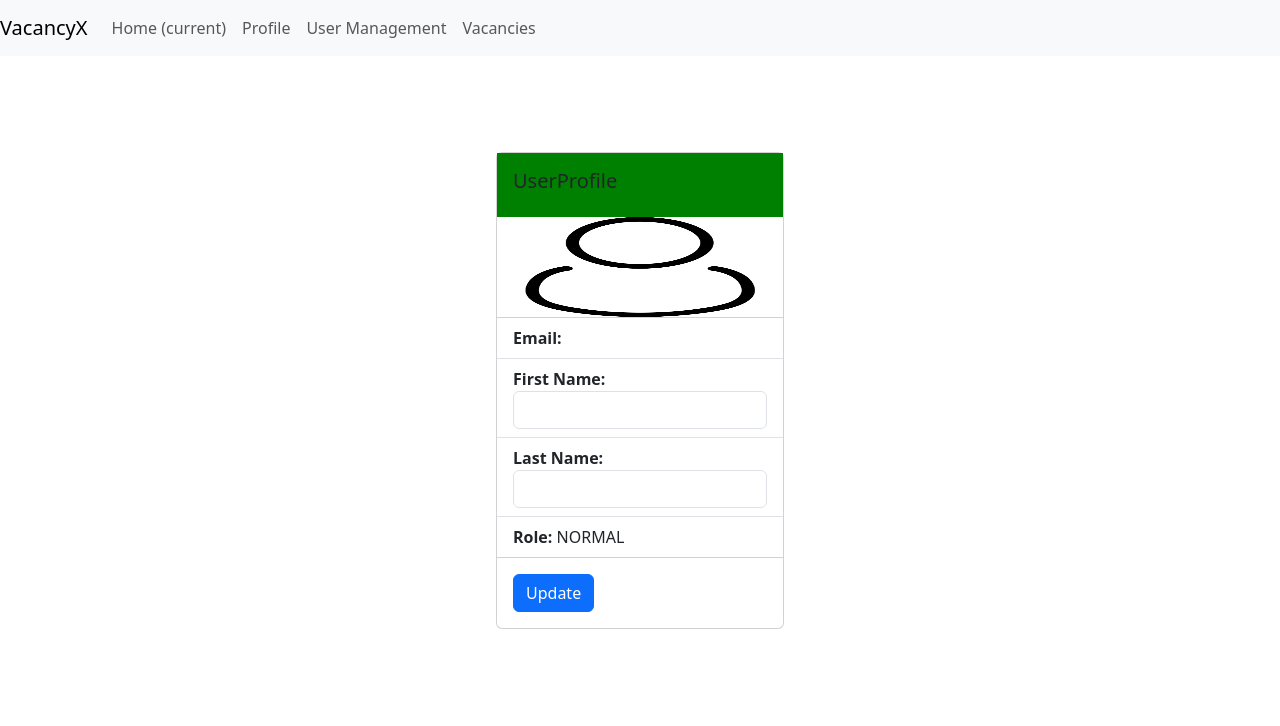
Repository: zipArk99/Vacancy-portal-serv
Page: http://localhost/VacancyPortal/updateuserdetail_page.jsp
These files come from the project's save history. The page is drawn as it stood at one moment and after the next save; the edit follows.
The browser window is 1280 px wide. The pictures show the whole page.
The page is served by Tomcat 9. Other server files are loaded and not shown. The template is opened directly, without the code that normally fills it, so the values that code supplies are empty.

Above is the page before, as saved 2024-08-21 05:21:11.

### VacancyPortal/src/main/webapp/updateuserdetail_page.jsp
<%@ page language="java" contentType="text/html; charset=UTF-8"
    pageEncoding="UTF-8"%>
    <%@ taglib prefix="c" uri="http://java.sun.com/jsp/jstl/core" %>
<!DOCTYPE html>
<html>
<head>
<meta charset="UTF-8">
<title>Update User</title>
<style>
body, html {
	height: 90%;
	margin: 0;
}

.container {
	display: flex;
	justify-content: center;
	align-items: center;
	height: 93vh; /* Full viewport height */
}
</style>
</head>
<body>
<body>
<%@ include file="header.jsp" %>
<form action="/VacancyPortal/user" method="PUT">
	<div class="container">
		<div class="card" style="width: 18rem;">
		<div class="card-body" style="background-color:green;">
				<h5 class="card-title">UserProfile</h5>
			</div>
			<img src="user.png" class="card-img-top" alt="..." height="100px" width="20px" draggable="true">

			<ul class="list-group list-group-flush">
				<li class="list-group-item"><b>Email:</b> <c:out value="${param.email}"></c:out> </li>

				<li class="list-group-item"><b>First Name:</b> <input type="text"
					name="fname" class="form-control" id="fnameId"
					value="${param.fname}" aria-describedby="emailHelp"></li>


				<li class="list-group-item"><b>Last Name:</b> <input type="text"
					name="fname" class="form-control" id="fnameId"
					value="${param.lname}" aria-describedby="emailHelp"></li>


				<li class="list-group-item"><b>Role:</b><c:choose>
				<c:when test="${requestScope.role==1}">
				<c:out value="ADMIN"></c:out>
				 </c:when>
				<c:otherwise>
				<c:out value="NORMAL"></c:out>
				</c:otherwise>
				</c:choose> </li>
			</ul>
			<div class="card-body">
				<input type="submit"class="btn btn-primary" value="Update">
			</div>
		</div>
	</div>
	</form>
</body>
</html>

### VacancyPortal/src/main/webapp/header.jsp
<%@ page language="java" contentType="text/html; charset=UTF-8"
    pageEncoding="UTF-8"%>
<!DOCTYPE html>
<html>
  <head>
    <meta charset="utf-8">
    <meta name="viewport" content="width=device-width, initial-scale=1">
    <title>Bootstrap demo</title>
    <link href="https://cdn.jsdelivr.net/npm/bootstrap@5.3.3/dist/css/bootstrap.min.css" rel="stylesheet" integrity="sha384-QWTKZyjpPEjISv5WaRU9OFeRpok6YctnYmDr5pNlyT2bRjXh0JMhjY6hW+ALEwIH" crossorigin="anonymous">
  </head>
<body>

<nav class="navbar navbar-expand-lg navbar-light bg-light">
  <a class="navbar-brand" href="#">VacancyX</a>
  <button class="navbar-toggler" type="button" data-toggle="collapse" data-target="#navbarText" aria-controls="navbarText" aria-expanded="false" aria-label="Toggle navigation">
    <span class="navbar-toggler-icon"></span>
  </button>
  <div class="collapse navbar-collapse" id="navbarText">
    <ul class="navbar-nav mr-auto">
      <li class="nav-item active">
        <a class="nav-link" href="#">Home <span class="sr-only">(current)</span></a>
      </li>
      <li class="nav-item">
        <a class="nav-link" href="/VacancyPortal/portal/userprofile">Profile</a>
      </li>
      <li class="nav-item">
        <a class="nav-link" href="#">User Management</a>
      </li>
        <li class="nav-item">
        <a class="nav-link" href="#">Vacancies</a>
      </li>
    </ul>

  </div>
</nav>
</body>
</html>

After the next save:
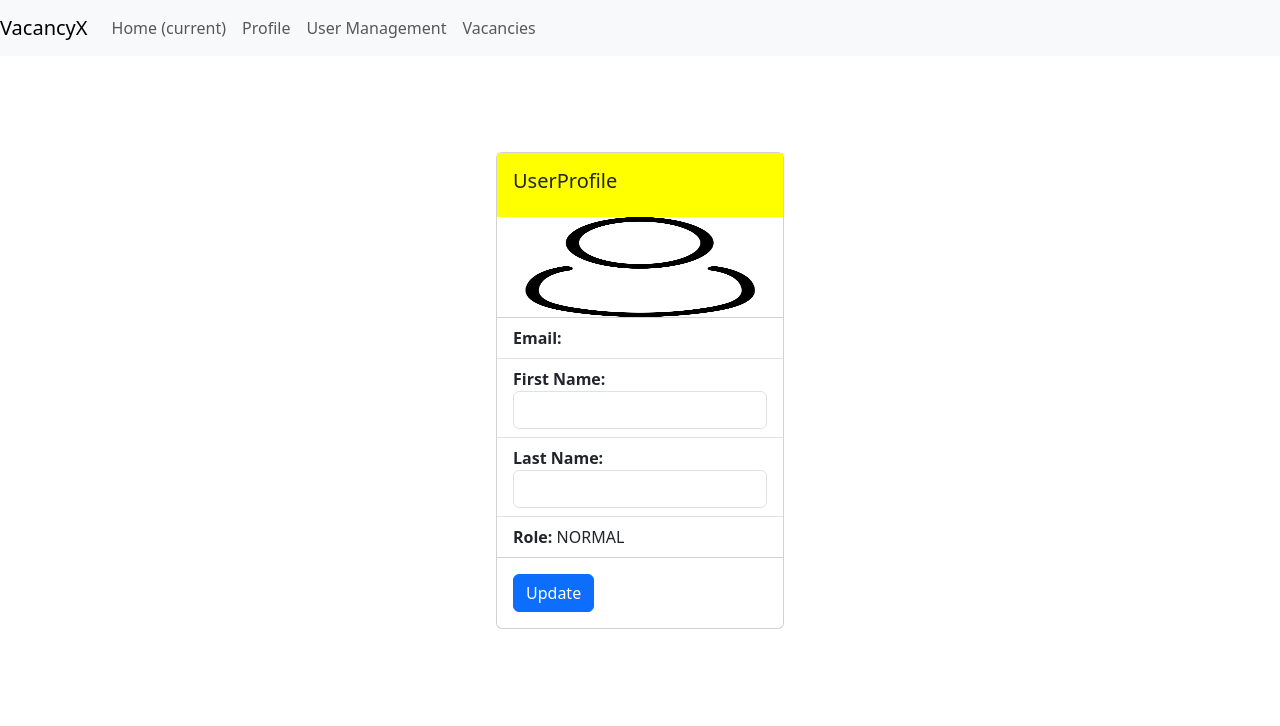
Saved 10 s later.
--- a/VacancyPortal/src/main/webapp/updateuserdetail_page.jsp
+++ b/VacancyPortal/src/main/webapp/updateuserdetail_page.jsp
@@ -26,7 +26,7 @@
 <form action="/VacancyPortal/user" method="PUT">
 	<div class="container">
 		<div class="card" style="width: 18rem;">
-		<div class="card-body" style="background-color:green;">
+		<div class="card-body" style="background-color:yellow;">
 				<h5 class="card-title">UserProfile</h5>
 			</div>
 			<img src="user.png" class="card-img-top" alt="..." height="100px" width="20px" draggable="true">

After the save that followed:
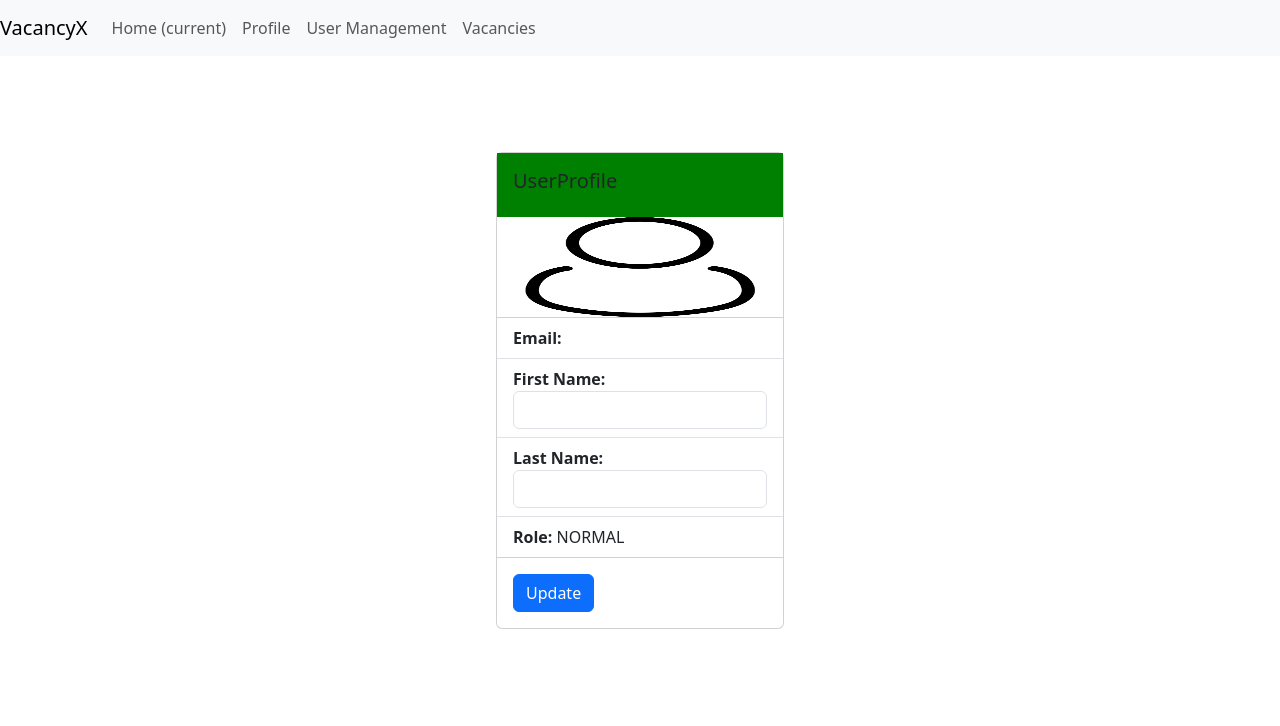
Saved 5 s later.
--- a/VacancyPortal/src/main/webapp/updateuserdetail_page.jsp
+++ b/VacancyPortal/src/main/webapp/updateuserdetail_page.jsp
@@ -26,7 +26,7 @@
 <form action="/VacancyPortal/user" method="PUT">
 	<div class="container">
 		<div class="card" style="width: 18rem;">
-		<div class="card-body" style="background-color:yellow;">
+		<div class="card-body" style="background-color:green;">
 				<h5 class="card-title">UserProfile</h5>
 			</div>
 			<img src="user.png" class="card-img-top" alt="..." height="100px" width="20px" draggable="true">
